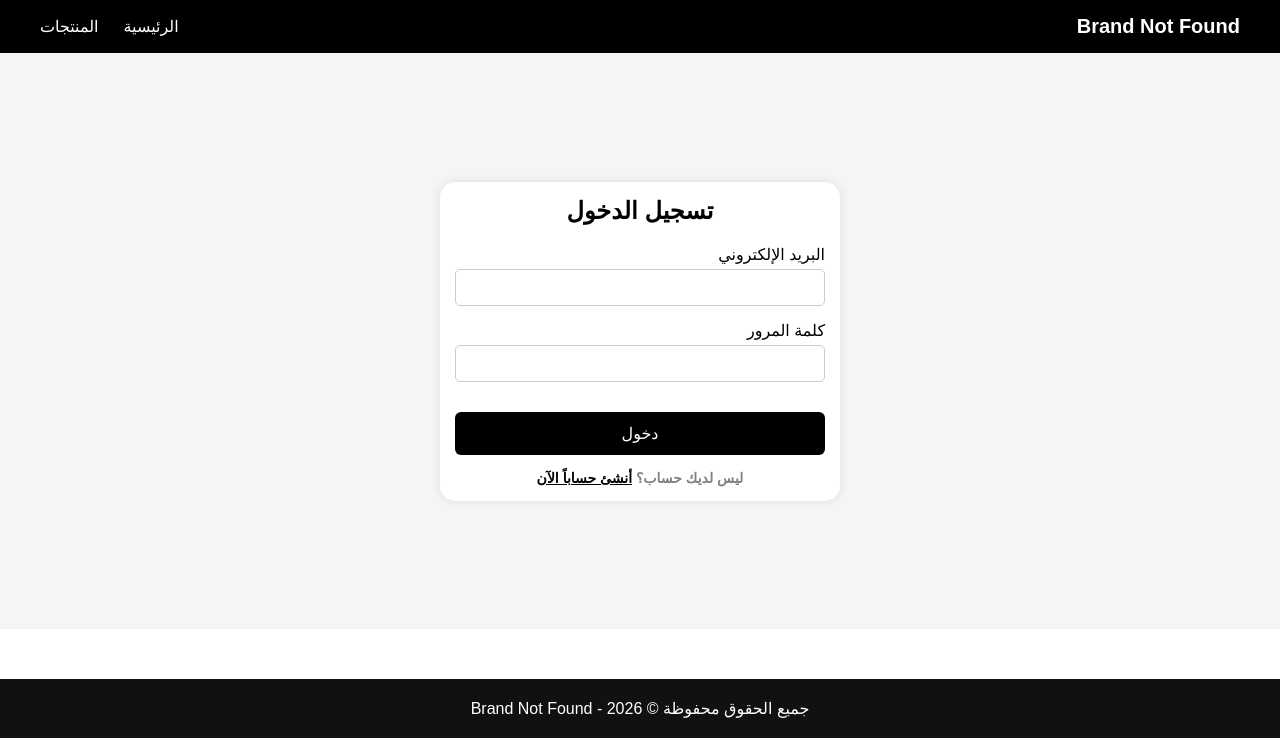
Repository: a-e-kasem/e-commerce
Page: ecommerce-front/login.html
These files come from the project's save history. The page is drawn as it stood at one moment and after the next save; the edit follows.
The browser window is 1280 px wide. The pictures show the whole page.

Above is the page before, as saved 2026-04-15 11:52:56.
Console error: TypeError: Cannot set properties of null (setting 'innerHTML')

After the next save:
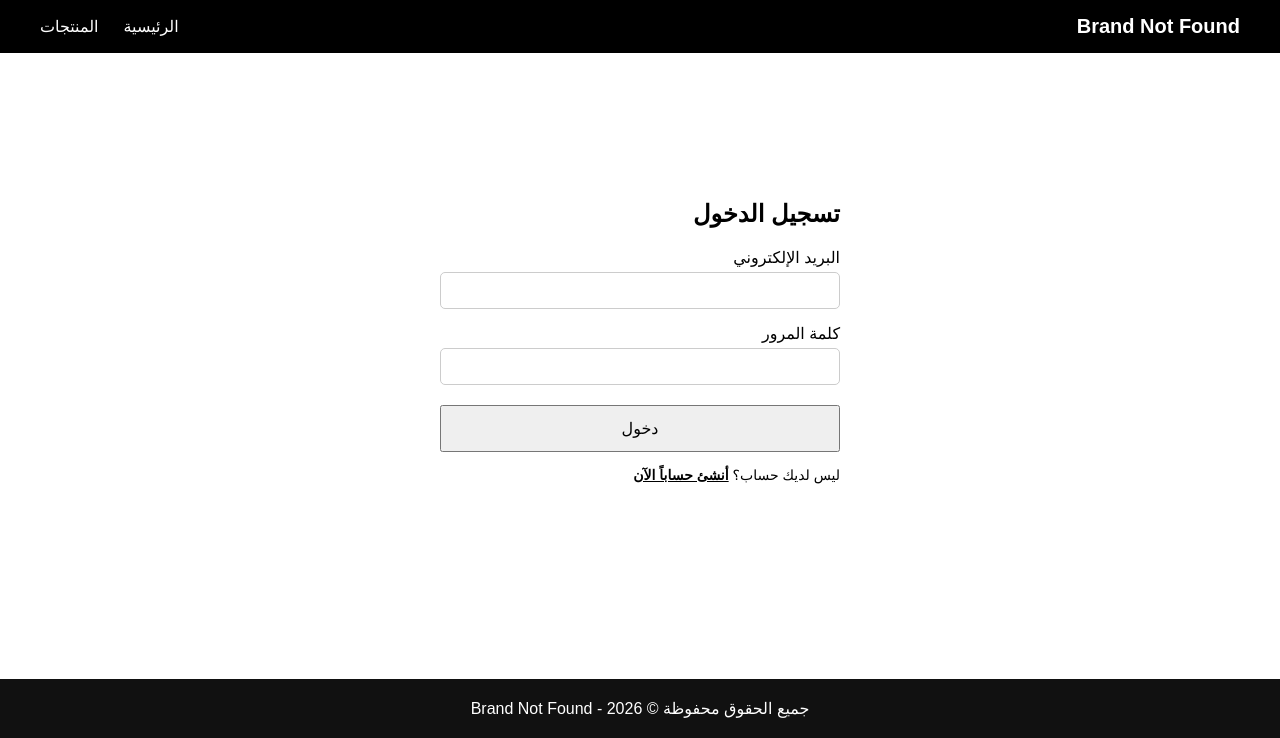
Saved 14 s later.
--- a/ecommerce-front/login.html
+++ b/ecommerce-front/login.html
@@ -5,7 +5,7 @@
     <meta name="viewport" content="width=device-width, initial-scale=1.0">
     <title>تسجيل الدخول | Brand Not Found</title>
     <link rel="stylesheet" href="css/style.css">
-    <link rel="stylesheet" href="css/products.css">
+    <link rel="stylesheet" href="./css/auth.css">
 </head>
 <body>
 
